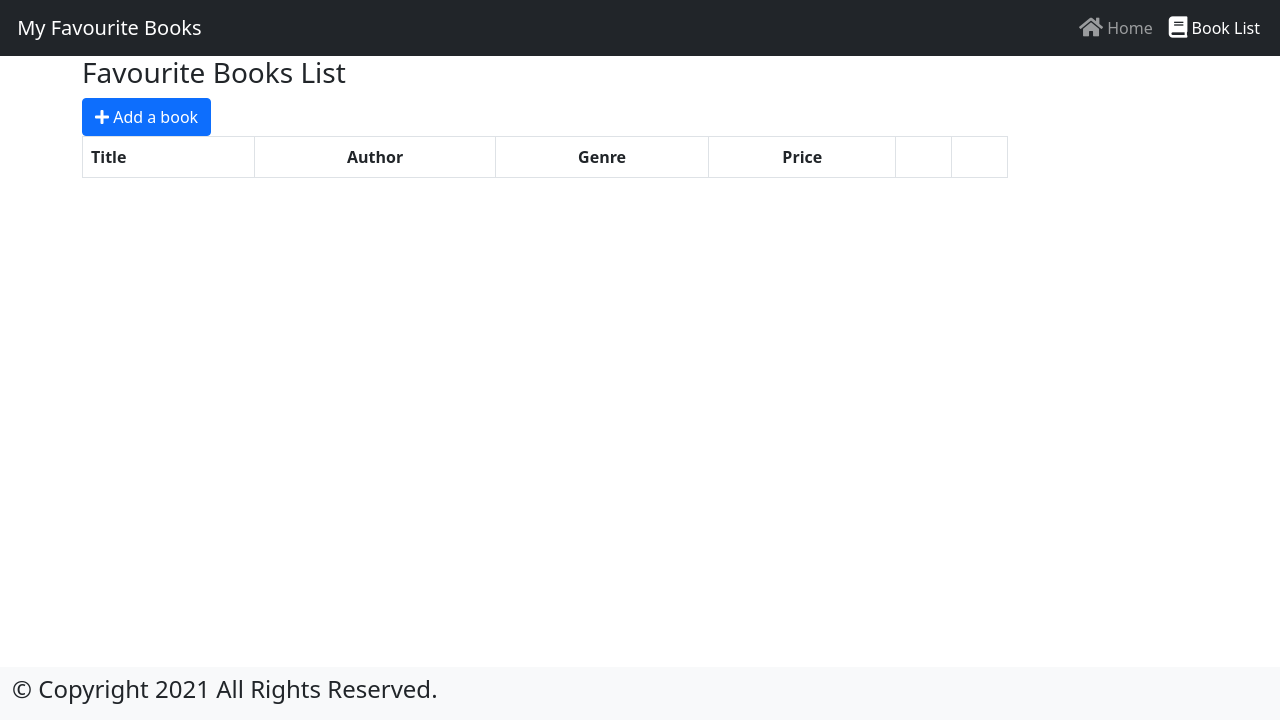
Repository: ananthantharma/COMP229-M2021-MidTerm-301175762
Page: http://localhost/books
An editor plug-in stored every save of this project. The page is shown before and after the next save, followed by the edit.
The browser window is 1280 px wide. The pictures show the whole page.
The page is served by the project's Node server (server.js). Queries for data that is not in the repository find no rows.

Above is the page before, as saved 2021-06-23 01:35:03.

After the next save:
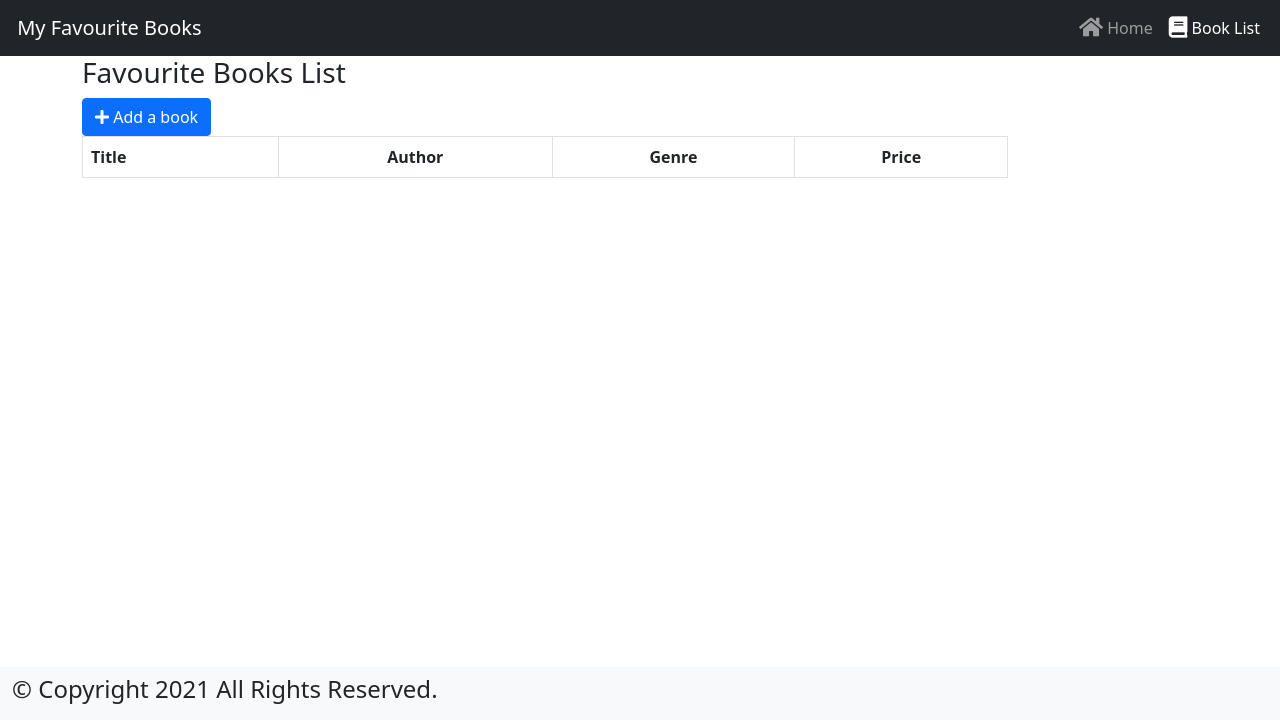
Saved 17 s later.
--- a/Server/Views/books/index.ejs
+++ b/Server/Views/books/index.ejs
@@ -17,8 +17,7 @@
                   <th class="text-center">Author</th>
                   <th class="text-center">Genre</th>
                   <th class="text-center">Price</th>
-                  <th class="text-center"></th>
-                  <th class="text-center"></th>
+
                 </tr>
                 </thead>
                 <tbody>
